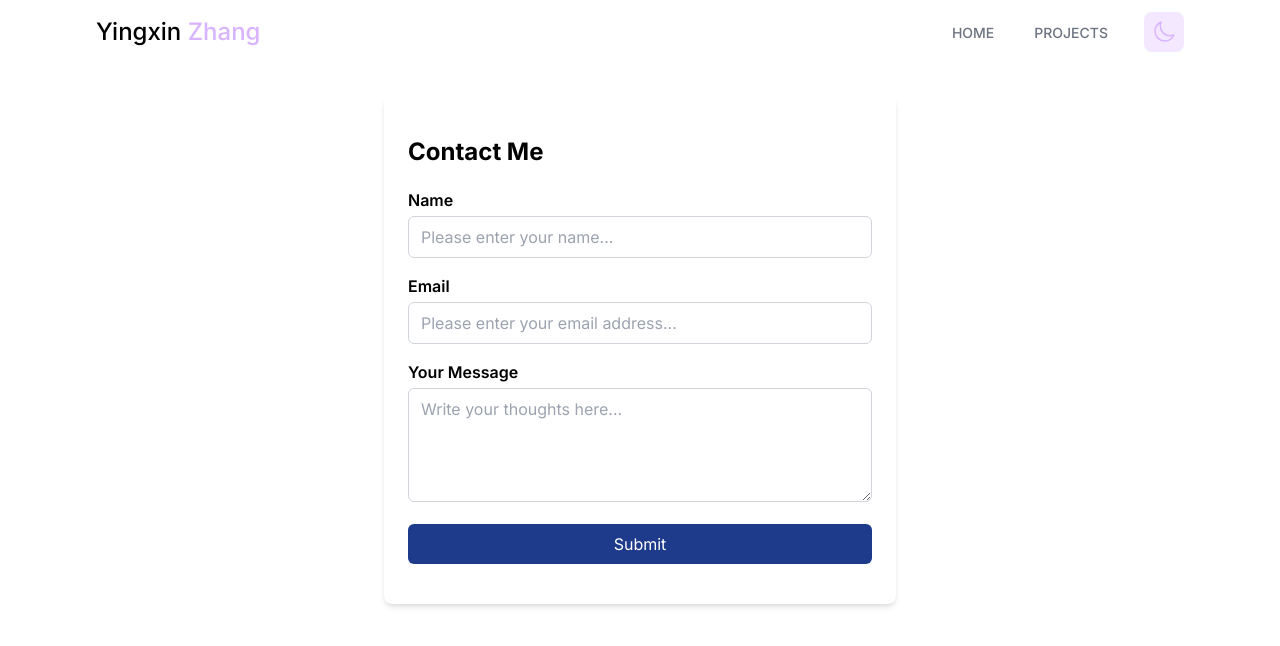
Repository: Tracy-maker/projects_collection
Page: /contact
These files come from the project's save history. The page is drawn as it stood at one moment and after the next save; the edit follows.
The browser window is 1280 px wide. The pictures show the whole page.
The project was rebuilt for these pictures with package versions that can differ from the ones it lists, and the page was loaded fresh each time. The framework's server and built-in components were replaced by stand-ins that run in the browser. Also part of the build but not shown: next.config.js, app/components/Alert.tsx.

Above is the page before, as saved 2024-07-17 07:00:40.

### app/layout.tsx
import "./globals.css";
import type { Metadata } from "next";
import { Inter } from "next/font/google";
import Navbar from "./components/NavBar";
import { Provider } from "./components/Provider";

const inter = Inter({ subsets: ["latin"] });

export const metadata: Metadata = {
  title: "Projects Collection",
  description: "project list",
};

export default function RootLayout({
  children,
}: {
  children: React.ReactNode;
}) {
  return (
    <html lang="en" suppressHydrationWarning>
      <body
        className={`${inter.className} bg-white text-black dark:bg-[#090908] dark:text-white h-full selection:bg-gray-500 dark:selection:bg-gray-800`}
      >
        <Provider>
          <Navbar />
          <main className="max-w-6xl mx-auto px-6 sm:px-8 lg:px-8">
            {children}
          </main>
        </Provider>
      </body>
    </html>
  );
}

### app/contact/page.tsx
"use client";

import { useRef, useState } from "react";
import emailjs, { EmailJSResponseStatus } from "emailjs-com";
import useAlert from "../hooks/useAlert";
import Alert, { AlertProps } from "../components/Alert";

interface FormState {
  name: string;
  email: string;
  message: string;
}

const ContactMe: React.FC = () => {
  const formRef = useRef<HTMLFormElement>(null);
  const [loading, setLoading] = useState(false);
  const [form, setForm] = useState<FormState>({ name: "", email: "", message: "" });
  const { alert, showAlert, hideAlert } = useAlert();

  const handleChange = (e: React.ChangeEvent<HTMLInputElement | HTMLTextAreaElement>) => {
    setForm({ ...form, [e.target.name]: e.target.value });
  };

  const handleSubmit = (e: React.FormEvent<HTMLFormElement>) => {
    e.preventDefault();
    setLoading(true);
    emailjs
      .send(
        process.env.NEXT_PUBLIC_EMAILJS_SERVICE_ID!,
        process.env.NEXT_PUBLIC_EMAILJS_TEMPLATE_ID!,
        {
          from_name: form.name,
          to_name: "Yingxin",
          from_email: form.email,
          to_email: "ydlvns2020@outlook.com",
          message: form.message,
        },
        process.env.NEXT_PUBLIC_EMAILJS_USER_ID!
      )
      .then(
        (response: EmailJSResponseStatus) => {
          setLoading(false);
          showAlert({
            text: "Thank you for your message 😃",
            type: "success",
          });

          setTimeout(() => {
            hideAlert();
            setForm({ name: "", email: "", message: "" });
          }, 3000);
        },
        (error) => {
          setLoading(false);
          console.error("EmailJS Error:", error);
          showAlert({
            text: "I didn't receive your message 😢",
            type: "danger",
          });
        }
      );
  };

  return (
    <div className="container mx-auto p-8">
      {alert.show && <Alert {...alert as AlertProps} />}

      <div className="max-w-md mx-auto bg-white shadow-md rounded-lg overflow-hidden md:max-w-lg">
        <div className="md:flex">
          <div className="w-full p-4 px-6 py-10">
            <h1 className="text-2xl font-bold mb-5">Contact Me</h1>
            <form
              ref={formRef}
              onSubmit={handleSubmit}
              className="space-y-4"
            >
              <div>
                <label className="block mb-1 font-semibold">Name</label>
                <input
                  type="text"
                  name="name"
                  value={form.name}
                  className="w-full py-2 px-3 border border-gray-300 rounded-md focus:outline-none focus:border-blue-500"
                  onChange={handleChange}
                  placeholder="Please enter your name..."
                  required
                />
              </div>
              <div>
                <label className="block mb-1 font-semibold">Email</label>
                <input
                  type="email"
                  value={form.email}
                  name="email"
                  className="w-full py-2 px-3 border border-gray-300 rounded-md focus:outline-none focus:border-blue-500"
                  onChange={handleChange}
                  placeholder="Please enter your email address..."
                  required
                />
              </div>
              <div>
                <label className="block mb-1 font-semibold">Your Message</label>
                <textarea
                  name="message"
                  rows={4}
                  required
                  className="w-full py-2 px-3 border border-gray-300 rounded-md focus:outline-none focus:border-blue-500"
                  value={form.message}
                  onChange={handleChange}
                  placeholder="Write your thoughts here..."
                />
              </div>
              <div>
                <button
                  type="submit"
                  className="w-full py-2 px-4 bg-blue-900 text-white rounded-md hover:bg-blue-800 transition duration-300"
                  disabled={loading}
                >
                  {loading ? "Sending..." : "Submit"}
                </button>
              </div>
            </form>
          </div>
        </div>
      </div>
    </div>
  );
};

export default ContactMe;

### app/components/Provider.tsx
"use client";

import { ThemeProvider } from "next-themes";
import { ReactNode } from "react";

export function Provider({ children }: { children: ReactNode }) {
  return <ThemeProvider>{children}</ThemeProvider>;
}

### app/hooks/useAlert.tsx
import { useState } from 'react';

interface AlertState {
  show: boolean;
  text: string;
  type: string;
}

const useAlert = () => {
  const [alert, setAlert] = useState<AlertState>({ show: false, text: '', type: 'danger' });

  const showAlert = ({ text, type = 'danger' }: { text: string; type?: string }) => setAlert({ show: true, text, type });
  const hideAlert = () => setAlert({ show: false, text: '', type: 'danger' });

  return { alert, showAlert, hideAlert };
};

export default useAlert;

### app/components/ThemeButton.tsx
"use client";

import { useTheme } from "next-themes";
import { useEffect, useState } from "react";

export default function ThemeButton() {
  const { setTheme, resolvedTheme } = useTheme();
  const [mounted, setMounted] = useState(false);

  useEffect(() => {
    setMounted(true);
  }, []);

  if (!mounted) {
    return null;
  }

  return (
    <button
      onClick={() => setTheme(resolvedTheme === "dark" ? "light" : "dark")}
      className="bg-purple-300/30 p-2 rounded-lg text-purple-300"
    >
      {resolvedTheme === "dark" ? (
        <svg
          xmlns="http://www.w3.org/2000/svg"
          fill="none"
          viewBox="0 0 24 24"
          strokeWidth={1.5}
          stroke="currentColor"
          className="w-6 h-6"
        >
          <path
            strokeLinecap="round"
            strokeLinejoin="round"
            d="M12 3v2.25m6.364.386l-1.591 1.591M21 12h-2.25m-.386 6.364l-1.591-1.591M12 18.75V21m-4.773-4.227l-1.591 1.591M5.25 12H3m4.227-4.773L5.636 5.636M15.75 12a3.75 3.75 0 11-7.5 0 3.75 3.75 0 017.5 0z"
          />
        </svg>
      ) : (
        <svg
          xmlns="http://www.w3.org/2000/svg"
          fill="none"
          viewBox="0 0 24 24"
          strokeWidth={1.5}
          stroke="currentColor"
          className="w-6 h-6"
        >
          <path
            strokeLinecap="round"
            strokeLinejoin="round"
            d="M21.752 15.002A9.718 9.718 0 0118 15.75c-5.385 0-9.75-4.365-9.75-9.75 0-1.33.266-2.597.748-3.752A9.753 9.753 0 003 11.25C3 16.635 7.365 21 12.75 21a9.753 9.753 0 009.002-5.998z"
          />
        </svg>
      )}
    </button>
  );
}

### tailwind.config.ts
import type { Config } from "tailwindcss";

const config: Config = {
  content: [
    "./pages/**/*.{js,ts,jsx,tsx,mdx}",
    "./components/**/*.{js,ts,jsx,tsx,mdx}",
    "./app/**/*.{js,ts,jsx,tsx,mdx}",
  ],
  darkMode: "class",
  theme: {
    extend: {
      backgroundImage: {
        "gradient-radial": "radial-gradient(var(--tw-gradient-stops))",
        "gradient-conic":
          "conic-gradient(from 180deg at 50% 50%, var(--tw-gradient-stops))",
      },
    },
  },
  plugins: [],
};
export default config;

Loaded but not shown: app/globals.css (common file); app/components/NavBar.tsx (123 lines, source omitted)

After the next save:
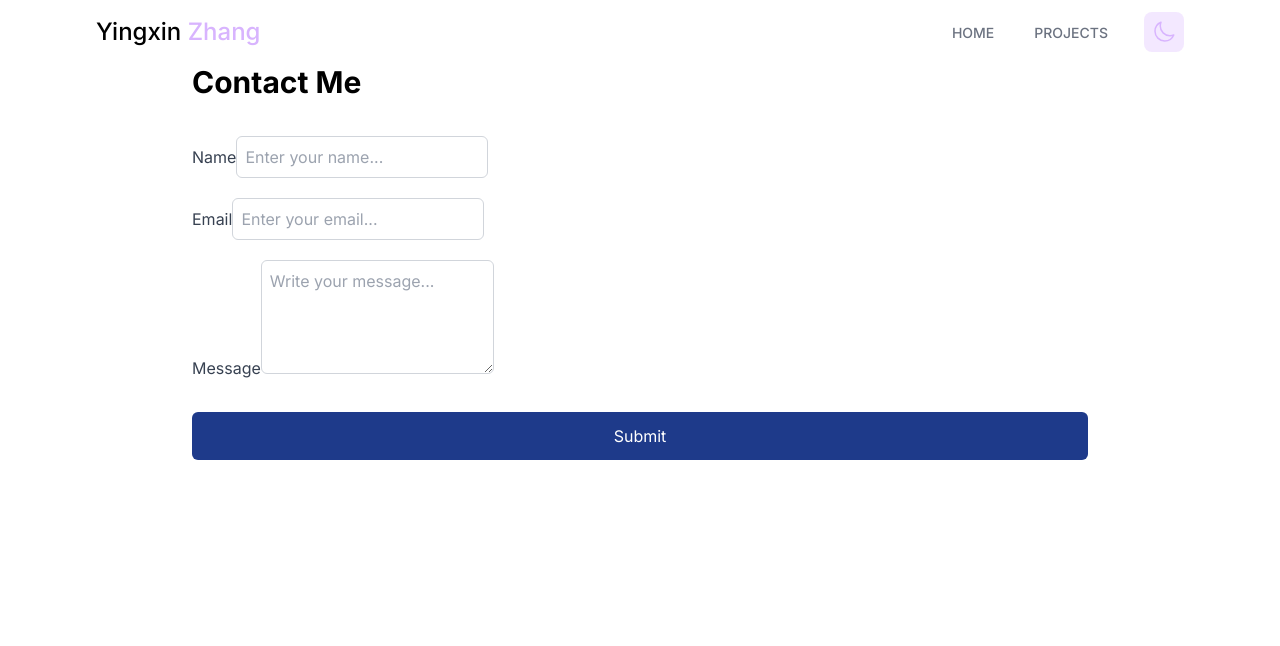
Saved 2 min 53 s later.
--- a/app/contact/page.tsx
+++ b/app/contact/page.tsx
@@ -1,46 +1,41 @@
 "use client";
 
 import { useRef, useState } from "react";
-import emailjs, { EmailJSResponseStatus } from "emailjs-com";
+import emailjs from "emailjs-com";
 import useAlert from "../hooks/useAlert";
-import Alert, { AlertProps } from "../components/Alert";
+import Alert from "../components/Alert";
 
-interface FormState {
-  name: string;
-  email: string;
-  message: string;
-}
-
-const ContactMe: React.FC = () => {
-  const formRef = useRef<HTMLFormElement>(null);
+const Contact = () => {
+  const formRef = useRef(null);
   const [loading, setLoading] = useState(false);
-  const [form, setForm] = useState<FormState>({ name: "", email: "", message: "" });
+  const [form, setForm] = useState({ name: "", email: "", message: "" });
   const { alert, showAlert, hideAlert } = useAlert();
 
-  const handleChange = (e: React.ChangeEvent<HTMLInputElement | HTMLTextAreaElement>) => {
+  const handleChange = (e) => {
     setForm({ ...form, [e.target.name]: e.target.value });
   };
 
-  const handleSubmit = (e: React.FormEvent<HTMLFormElement>) => {
+  const handleSubmit = (e) => {
     e.preventDefault();
     setLoading(true);
     emailjs
       .send(
-        process.env.NEXT_PUBLIC_EMAILJS_SERVICE_ID!,
-        process.env.NEXT_PUBLIC_EMAILJS_TEMPLATE_ID!,
+        process.env.NEXT_PUBLIC_EMAILJS_SERVICE_ID,
+        process.env.NEXT_PUBLIC_EMAILJS_TEMPLATE_ID,
         {
           from_name: form.name,
-          to_name: "Yingxin",
+          to_name: "Kevin",
           from_email: form.email,
-          to_email: "ydlvns2020@outlook.com",
+          to_email: "sunyeang.chew@outlook.com",
           message: form.message,
         },
-        process.env.NEXT_PUBLIC_EMAILJS_USER_ID!
+        process.env.NEXT_PUBLIC_EMAILJS_USER_ID
       )
       .then(
-        (response: EmailJSResponseStatus) => {
+        (response) => {
           setLoading(false);
           showAlert({
+            show: true,
             text: "Thank you for your message 😃",
             type: "success",
           });
@@ -54,6 +49,7 @@
           setLoading(false);
           console.error("EmailJS Error:", error);
           showAlert({
+            show: true,
             text: "I didn't receive your message 😢",
             type: "danger",
           });
@@ -62,69 +58,64 @@
   };
 
   return (
-    <div className="container mx-auto p-8">
-      {alert.show && <Alert {...alert as AlertProps} />}
+    <div className="relative flex lg:flex-row flex-col max-w-4xl mx-auto">
+      {alert.show && <Alert {...alert} />}
 
-      <div className="max-w-md mx-auto bg-white shadow-md rounded-lg overflow-hidden md:max-w-lg">
-        <div className="md:flex">
-          <div className="w-full p-4 px-6 py-10">
-            <h1 className="text-2xl font-bold mb-5">Contact Me</h1>
-            <form
-              ref={formRef}
-              onSubmit={handleSubmit}
-              className="space-y-4"
-            >
-              <div>
-                <label className="block mb-1 font-semibold">Name</label>
-                <input
-                  type="text"
-                  name="name"
-                  value={form.name}
-                  className="w-full py-2 px-3 border border-gray-300 rounded-md focus:outline-none focus:border-blue-500"
-                  onChange={handleChange}
-                  placeholder="Please enter your name..."
-                  required
-                />
-              </div>
-              <div>
-                <label className="block mb-1 font-semibold">Email</label>
-                <input
-                  type="email"
-                  value={form.email}
-                  name="email"
-                  className="w-full py-2 px-3 border border-gray-300 rounded-md focus:outline-none focus:border-blue-500"
-                  onChange={handleChange}
-                  placeholder="Please enter your email address..."
-                  required
-                />
-              </div>
-              <div>
-                <label className="block mb-1 font-semibold">Your Message</label>
-                <textarea
-                  name="message"
-                  rows={4}
-                  required
-                  className="w-full py-2 px-3 border border-gray-300 rounded-md focus:outline-none focus:border-blue-500"
-                  value={form.message}
-                  onChange={handleChange}
-                  placeholder="Write your thoughts here..."
-                />
-              </div>
-              <div>
-                <button
-                  type="submit"
-                  className="w-full py-2 px-4 bg-blue-900 text-white rounded-md hover:bg-blue-800 transition duration-300"
-                  disabled={loading}
-                >
-                  {loading ? "Sending..." : "Submit"}
-                </button>
-              </div>
-            </form>
-          </div>
-        </div>
+      <div className="flex-1 flex flex-col">
+        <h1 className="text-3xl font-bold mb-8">Contact Me</h1>
+        <form
+          ref={formRef}
+          onSubmit={handleSubmit}
+          className="flex flex-col gap-4"
+        >
+          <label className="text-gray-700">
+            Name
+            <input
+              type="text"
+              name="name"
+              value={form.name}
+              onChange={handleChange}
+              className="mt-1 p-2 border border-gray-300 rounded-md focus:outline-none focus:border-blue-500"
+              placeholder="Enter your name..."
+              required
+            />
+          </label>
+          <label className="text-gray-700">
+            Email
+            <input
+              type="email"
+              name="email"
+              value={form.email}
+              onChange={handleChange}
+              className="mt-1 p-2 border border-gray-300 rounded-md focus:outline-none focus:border-blue-500"
+              placeholder="Enter your email..."
+              required
+            />
+          </label>
+          <label className="text-gray-700">
+            Message
+            <textarea
+              name="message"
+              rows="4"
+              value={form.message}
+              onChange={handleChange}
+              className="mt-1 p-2 border border-gray-300 rounded-md focus:outline-none focus:border-blue-500"
+              placeholder="Write your message..."
+              required
+            />
+          </label>
+
+          <button
+            type="submit"
+            className="mt-4 py-3 px-6 bg-blue-900 text-white rounded-md hover:bg-blue-800 transition duration-300"
+            disabled={loading}
+          >
+            {loading ? "Sending..." : "Submit"}
+          </button>
+        </form>
       </div>
     </div>
   );
 };
 
-export default ContactMe;
+export default Contact;

After the save that followed:
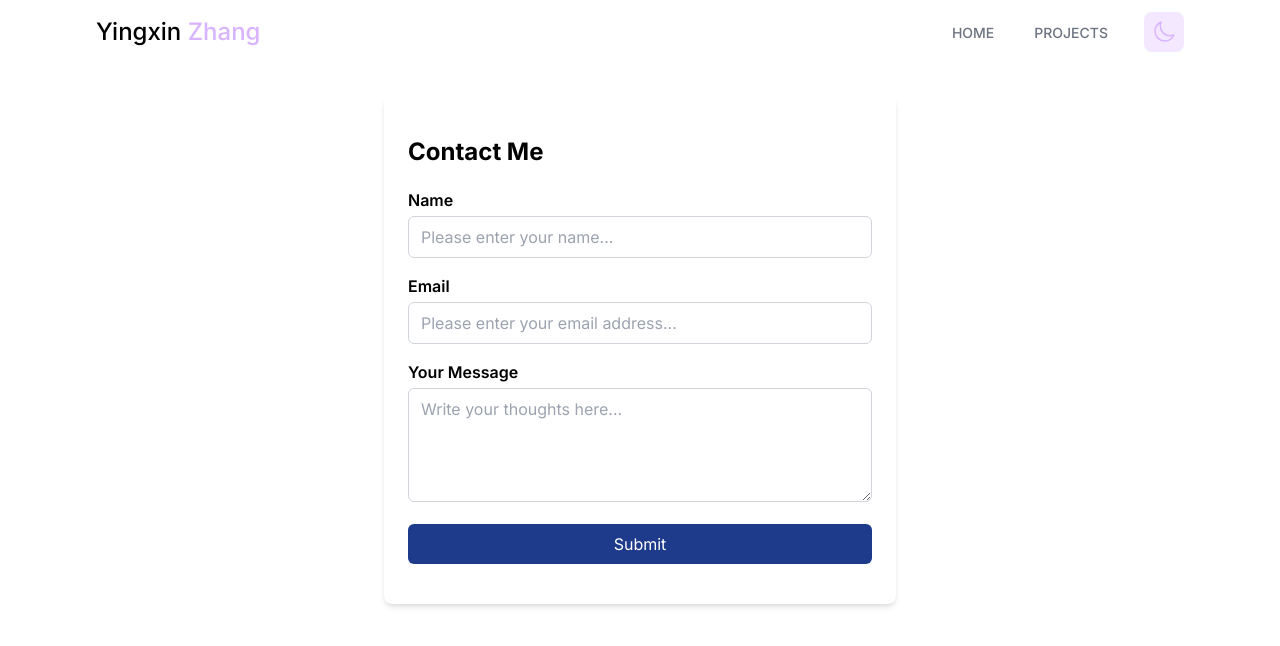
Saved 19 s later.
--- a/app/contact/page.tsx
+++ b/app/contact/page.tsx
@@ -1,41 +1,46 @@
 "use client";
 
 import { useRef, useState } from "react";
-import emailjs from "emailjs-com";
+import emailjs, { EmailJSResponseStatus } from "emailjs-com";
 import useAlert from "../hooks/useAlert";
-import Alert from "../components/Alert";
+import Alert, { AlertProps } from "../components/Alert";
 
-const Contact = () => {
-  const formRef = useRef(null);
+interface FormState {
+  name: string;
+  email: string;
+  message: string;
+}
+
+const ContactMe: React.FC = () => {
+  const formRef = useRef<HTMLFormElement>(null);
   const [loading, setLoading] = useState(false);
-  const [form, setForm] = useState({ name: "", email: "", message: "" });
+  const [form, setForm] = useState<FormState>({ name: "", email: "", message: "" });
   const { alert, showAlert, hideAlert } = useAlert();
 
-  const handleChange = (e) => {
+  const handleChange = (e: React.ChangeEvent<HTMLInputElement | HTMLTextAreaElement>) => {
     setForm({ ...form, [e.target.name]: e.target.value });
   };
 
-  const handleSubmit = (e) => {
+  const handleSubmit = (e: React.FormEvent<HTMLFormElement>) => {
     e.preventDefault();
     setLoading(true);
     emailjs
       .send(
-        process.env.NEXT_PUBLIC_EMAILJS_SERVICE_ID,
-        process.env.NEXT_PUBLIC_EMAILJS_TEMPLATE_ID,
+        process.env.NEXT_PUBLIC_EMAILJS_SERVICE_ID!,
+        process.env.NEXT_PUBLIC_EMAILJS_TEMPLATE_ID!,
         {
           from_name: form.name,
-          to_name: "Kevin",
+          to_name: "Yingxin",
           from_email: form.email,
-          to_email: "sunyeang.chew@outlook.com",
+          to_email: "ydlvns2020@outlook.com",
           message: form.message,
         },
-        process.env.NEXT_PUBLIC_EMAILJS_USER_ID
+        process.env.NEXT_PUBLIC_EMAILJS_USER_ID!
       )
       .then(
-        (response) => {
+        (response: EmailJSResponseStatus) => {
           setLoading(false);
           showAlert({
-            show: true,
             text: "Thank you for your message 😃",
             type: "success",
           });
@@ -49,7 +54,6 @@
           setLoading(false);
           console.error("EmailJS Error:", error);
           showAlert({
-            show: true,
             text: "I didn't receive your message 😢",
             type: "danger",
           });
@@ -58,64 +62,69 @@
   };
 
   return (
-    <div className="relative flex lg:flex-row flex-col max-w-4xl mx-auto">
-      {alert.show && <Alert {...alert} />}
+    <div className="container mx-auto p-8">
+      {alert.show && <Alert {...alert as AlertProps} />}
 
-      <div className="flex-1 flex flex-col">
-        <h1 className="text-3xl font-bold mb-8">Contact Me</h1>
-        <form
-          ref={formRef}
-          onSubmit={handleSubmit}
-          className="flex flex-col gap-4"
-        >
-          <label className="text-gray-700">
-            Name
-            <input
-              type="text"
-              name="name"
-              value={form.name}
-              onChange={handleChange}
-              className="mt-1 p-2 border border-gray-300 rounded-md focus:outline-none focus:border-blue-500"
-              placeholder="Enter your name..."
-              required
-            />
-          </label>
-          <label className="text-gray-700">
-            Email
-            <input
-              type="email"
-              name="email"
-              value={form.email}
-              onChange={handleChange}
-              className="mt-1 p-2 border border-gray-300 rounded-md focus:outline-none focus:border-blue-500"
-              placeholder="Enter your email..."
-              required
-            />
-          </label>
-          <label className="text-gray-700">
-            Message
-            <textarea
-              name="message"
-              rows="4"
-              value={form.message}
-              onChange={handleChange}
-              className="mt-1 p-2 border border-gray-300 rounded-md focus:outline-none focus:border-blue-500"
-              placeholder="Write your message..."
-              required
-            />
-          </label>
-
-          <button
-            type="submit"
-            className="mt-4 py-3 px-6 bg-blue-900 text-white rounded-md hover:bg-blue-800 transition duration-300"
-            disabled={loading}
-          >
-            {loading ? "Sending..." : "Submit"}
-          </button>
-        </form>
+      <div className="max-w-md mx-auto bg-white shadow-md rounded-lg overflow-hidden md:max-w-lg">
+        <div className="md:flex">
+          <div className="w-full p-4 px-6 py-10">
+            <h1 className="text-2xl font-bold mb-5">Contact Me</h1>
+            <form
+              ref={formRef}
+              onSubmit={handleSubmit}
+              className="space-y-4"
+            >
+              <div>
+                <label className="block mb-1 font-semibold">Name</label>
+                <input
+                  type="text"
+                  name="name"
+                  value={form.name}
+                  className="w-full py-2 px-3 border border-gray-300 rounded-md focus:outline-none focus:border-blue-500"
+                  onChange={handleChange}
+                  placeholder="Please enter your name..."
+                  required
+                />
+              </div>
+              <div>
+                <label className="block mb-1 font-semibold">Email</label>
+                <input
+                  type="email"
+                  value={form.email}
+                  name="email"
+                  className="w-full py-2 px-3 border border-gray-300 rounded-md focus:outline-none focus:border-blue-500"
+                  onChange={handleChange}
+                  placeholder="Please enter your email address..."
+                  required
+                />
+              </div>
+              <div>
+                <label className="block mb-1 font-semibold">Your Message</label>
+                <textarea
+                  name="message"
+                  rows={4}
+                  required
+                  className="w-full py-2 px-3 border border-gray-300 rounded-md focus:outline-none focus:border-blue-500"
+                  value={form.message}
+                  onChange={handleChange}
+                  placeholder="Write your thoughts here..."
+                />
+              </div>
+              <div>
+                <button
+                  type="submit"
+                  className="w-full py-2 px-4 bg-blue-900 text-white rounded-md hover:bg-blue-800 transition duration-300"
+                  disabled={loading}
+                >
+                  {loading ? "Sending..." : "Submit"}
+                </button>
+              </div>
+            </form>
+          </div>
+        </div>
       </div>
     </div>
   );
 };
 
-export default Contact;
+export default ContactMe;
